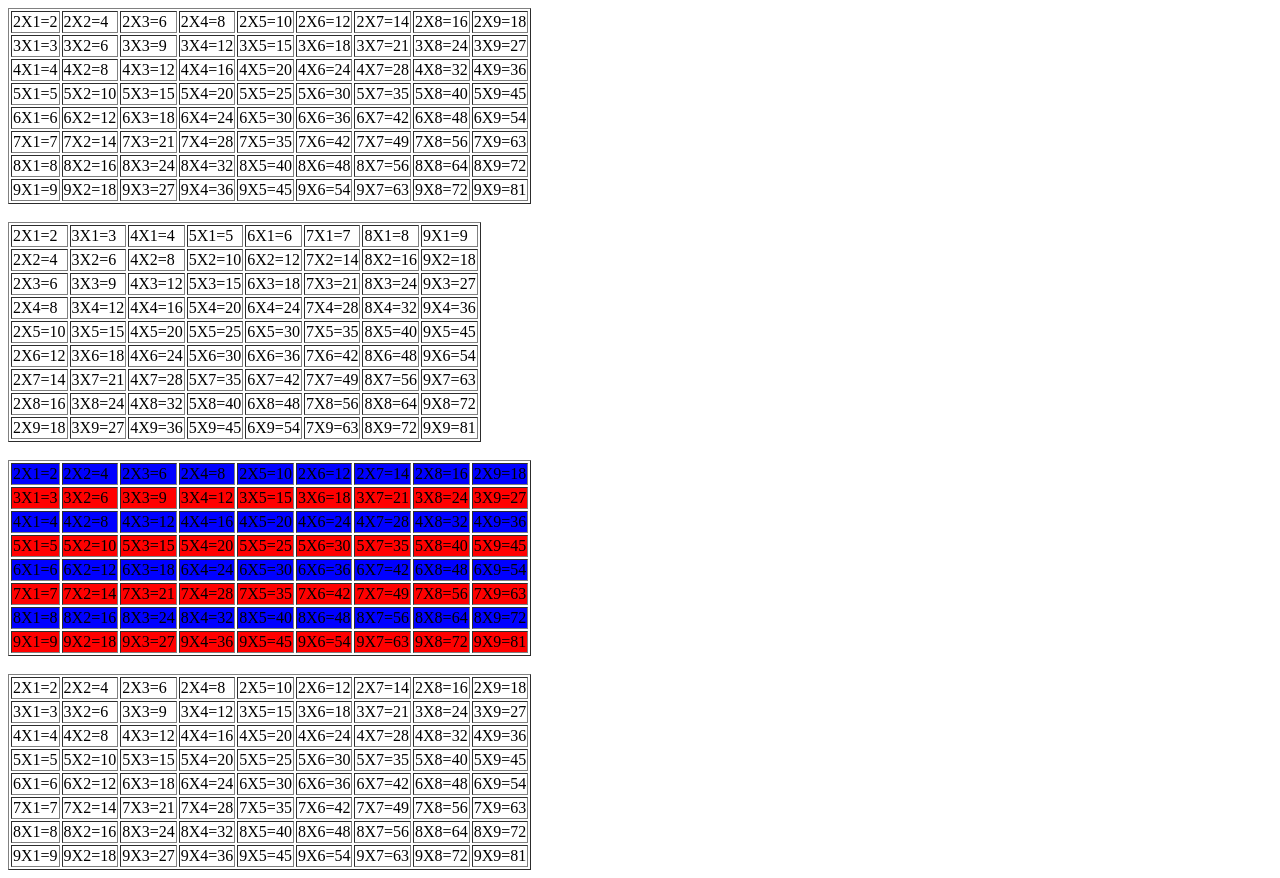
Repository: Kimgigon123123/JspServlet
Page: http://localhost/03.Tag/01.Script/Ex04For.jsp
These files come from the project's save history. The page is drawn as it stood at one moment and after the next save; the edit follows.
The browser window is 1280 px wide. The pictures show the whole page.
The page is served by Tomcat 9. Other server files are loaded and not shown.

Above is the page before, as saved 2023-05-19 02:23:27.

### WorkSpace/03.Tag/src/main/webapp/01.Script/Ex04For.jsp
<%@ page language="java" contentType="text/html; charset=UTF-8"
    pageEncoding="UTF-8"%>
<!DOCTYPE html>
<html>
<head>
<meta charset="UTF-8">
<title>Insert title here</title>
</head>
<body>
	<table border = "1px solid black">
	<% for(int i=2;i<=9;i++){%><tr>
		<%for(int j=1;j<=9;j++){%>
	<td><%=i+"X"+j+"="+i*j %></td>

	<% } %> </tr>
	<% }%> </table>

	<br>

	<table border = "1px solid black">
	<% for(int i=1;i<=9;i++){%><tr>
		<%for(int j=2;j<=9;j++){%>
	<td><%=j+"X"+i+"="+i*j %></td>

	<% } %> </tr>
	<% }%> </table>

	<br>

	<table border = "1px solid black">
	<% for(int i=2;i<=9;i++){%><tr>
		<%for(int j=1;j<=9;j++){%>
		<%if(i%2==0){%>
	<td style="background-color:blue"><%=i+"X"+j+"="+i*j %></td>
		<%}
		else {%>
		<td style="background-color:red"><%=i+"X"+j+"="+i*j %></td>
		<%} %>
	<% } %> </tr>
	<% }%> </table>

	<br>


	<table border = "1px solid black">
	<% for(int i=2;i<=9;i++){%><tr style="background-color=green">
		<%for(int j=1;j<=9;j++){%>
	<td><%=i+"X"+j+"="+i*j %></td>

	<% } %> </tr>
	<% }%> </table>



</body>
</html>

After the next save:
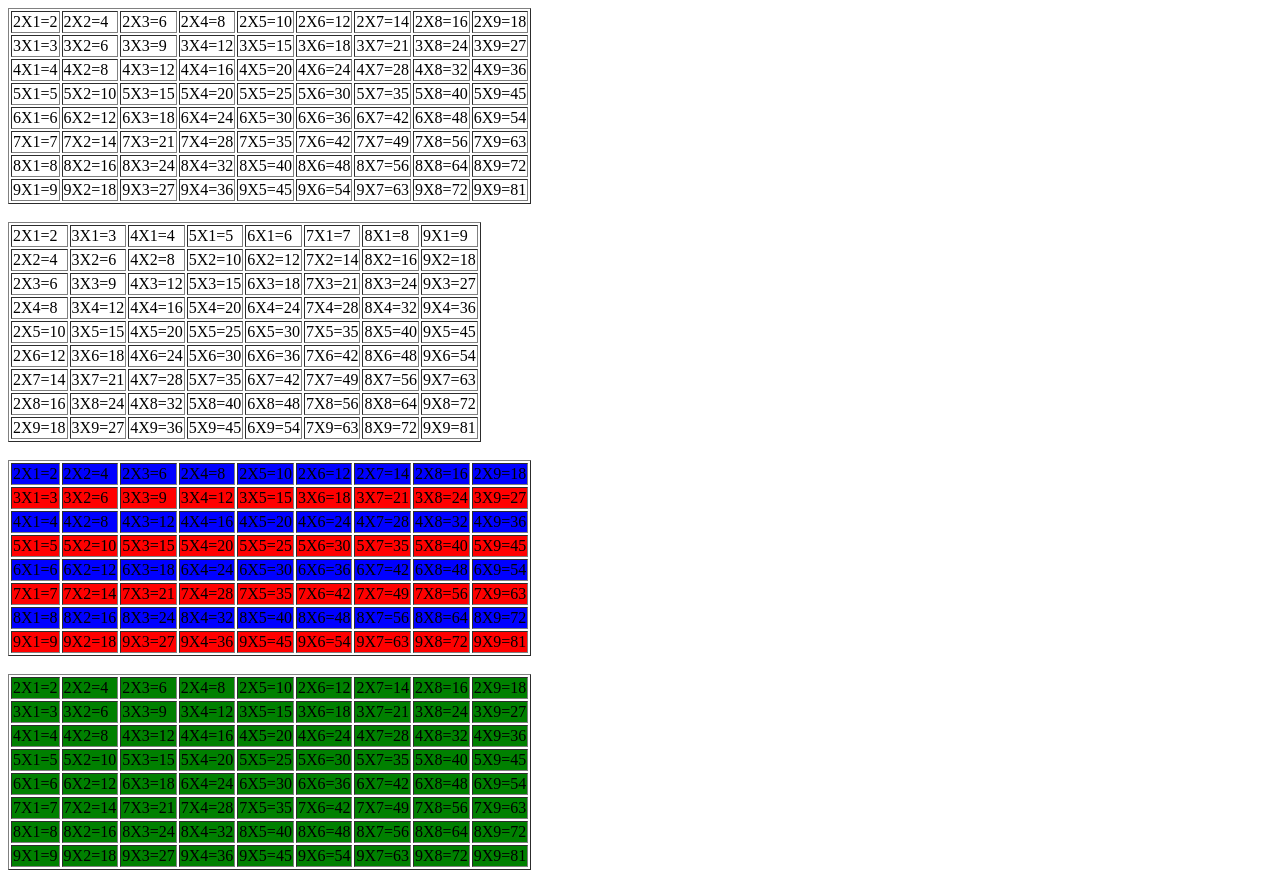
Saved 13 s later.
--- a/WorkSpace/03.Tag/src/main/webapp/01.Script/Ex04For.jsp
+++ b/WorkSpace/03.Tag/src/main/webapp/01.Script/Ex04For.jsp
@@ -43,7 +43,7 @@
 
 
 	<table border = "1px solid black">
-	<% for(int i=2;i<=9;i++){%><tr style="background-color=green">
+	<% for(int i=2;i<=9;i++){%><tr style="background-color:green">
 		<%for(int j=1;j<=9;j++){%>
 	<td><%=i+"X"+j+"="+i*j %></td>
 
